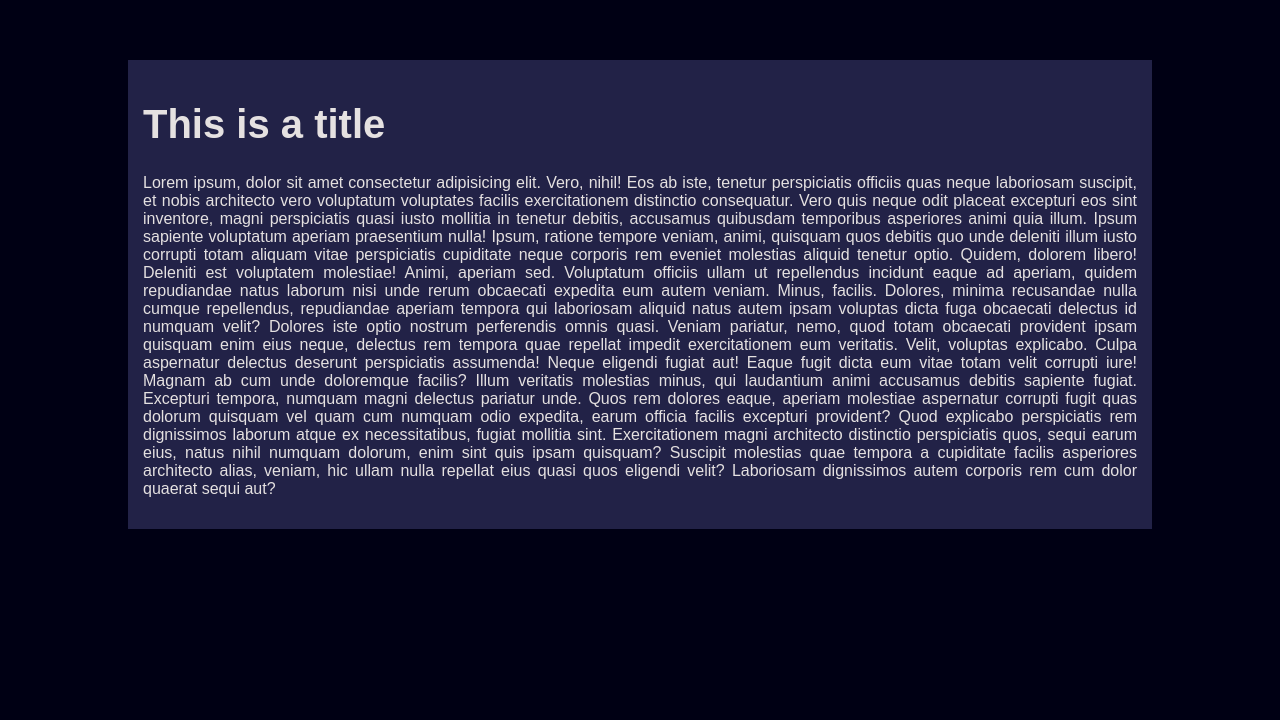
Repository: Francois-QUICODE/CSS-Micro-Projects
Page: Projects/01-Infinite-Gradient-Text.html
These files come from the project's save history. The page is drawn as it stood at one moment and after the next save; the edit follows.
The browser window is 1280 px wide. The pictures show the whole page.
Some web fonts or font styles are not loaded; a fallback is used.

Above is the page before, as saved 2020-11-28 10:14:09.

### Projects/01-Infinite-Gradient-Text.html
<!DOCTYPE html>
<html lang="en">
  <head>
    <meta charset="UTF-8" />
    <title>Infinite Gradiant text</title>
  </head>
  <body>
    <div class="container">
      <div class="text-background"></div>
      <div class="text">
        <h1>This is a title</h1>
        <p class="lorem">
          Lorem ipsum, dolor sit amet consectetur adipisicing elit. Vero, nihil!
          Eos ab iste, tenetur perspiciatis officiis quas neque laboriosam
          suscipit, et nobis architecto vero voluptatum voluptates facilis
          exercitationem distinctio consequatur. Vero quis neque odit placeat
          excepturi eos sint inventore, magni perspiciatis quasi iusto mollitia
          in tenetur debitis, accusamus quibusdam temporibus asperiores animi
          quia illum. Ipsum sapiente voluptatum aperiam praesentium nulla!
          Ipsum, ratione tempore veniam, animi, quisquam quos debitis quo unde
          deleniti illum iusto corrupti totam aliquam vitae perspiciatis
          cupiditate neque corporis rem eveniet molestias aliquid tenetur optio.
          Quidem, dolorem libero! Deleniti est voluptatem molestiae! Animi,
          aperiam sed. Voluptatum officiis ullam ut repellendus incidunt eaque
          ad aperiam, quidem repudiandae natus laborum nisi unde rerum obcaecati
          expedita eum autem veniam. Minus, facilis. Dolores, minima recusandae
          nulla cumque repellendus, repudiandae aperiam tempora qui laboriosam
          aliquid natus autem ipsam voluptas dicta fuga obcaecati delectus id
          numquam velit? Dolores iste optio nostrum perferendis omnis quasi.
          Veniam pariatur, nemo, quod totam obcaecati provident ipsam quisquam
          enim eius neque, delectus rem tempora quae repellat impedit
          exercitationem eum veritatis. Velit, voluptas explicabo. Culpa
          aspernatur delectus deserunt perspiciatis assumenda! Neque eligendi
          fugiat aut! Eaque fugit dicta eum vitae totam velit corrupti iure!
          Magnam ab cum unde doloremque facilis? Illum veritatis molestias
          minus, qui laudantium animi accusamus debitis sapiente fugiat.
          Excepturi tempora, numquam magni delectus pariatur unde. Quos rem
          dolores eaque, aperiam molestiae aspernatur corrupti fugit quas
          dolorum quisquam vel quam cum numquam odio expedita, earum officia
          facilis excepturi provident? Quod explicabo perspiciatis rem
          dignissimos laborum atque ex necessitatibus, fugiat mollitia sint.
          Exercitationem magni architecto distinctio perspiciatis quos, sequi
          earum eius, natus nihil numquam dolorum, enim sint quis ipsam
          quisquam? Suscipit molestias quae tempora a cupiditate facilis
          asperiores architecto alias, veniam, hic ullam nulla repellat eius
          quasi quos eligendi velit? Laboriosam dignissimos autem corporis rem
          cum dolor quaerat sequi aut?
        </p>
      </div>
    </div>
  </body>

  <style>
    @import url("https://fonts.googleapis.com/css2?family=Alatsi&display=swap");

    body {
      background-color: #000014;
      width: 1024px;
      margin: auto;
      color: #e5e1e1;
      padding-top: 60px;
      font-family: "Alatsi", sans-serif;
    }

    .container {
      background-color: #222247;
      padding: 15px;
    }

    h1 {
      font-size: 40px;
    }

    .lorem {
      text-align: justify;
    }

    .text-background {
      position: fixed;
    }
  </style>
</html>

After the next save:
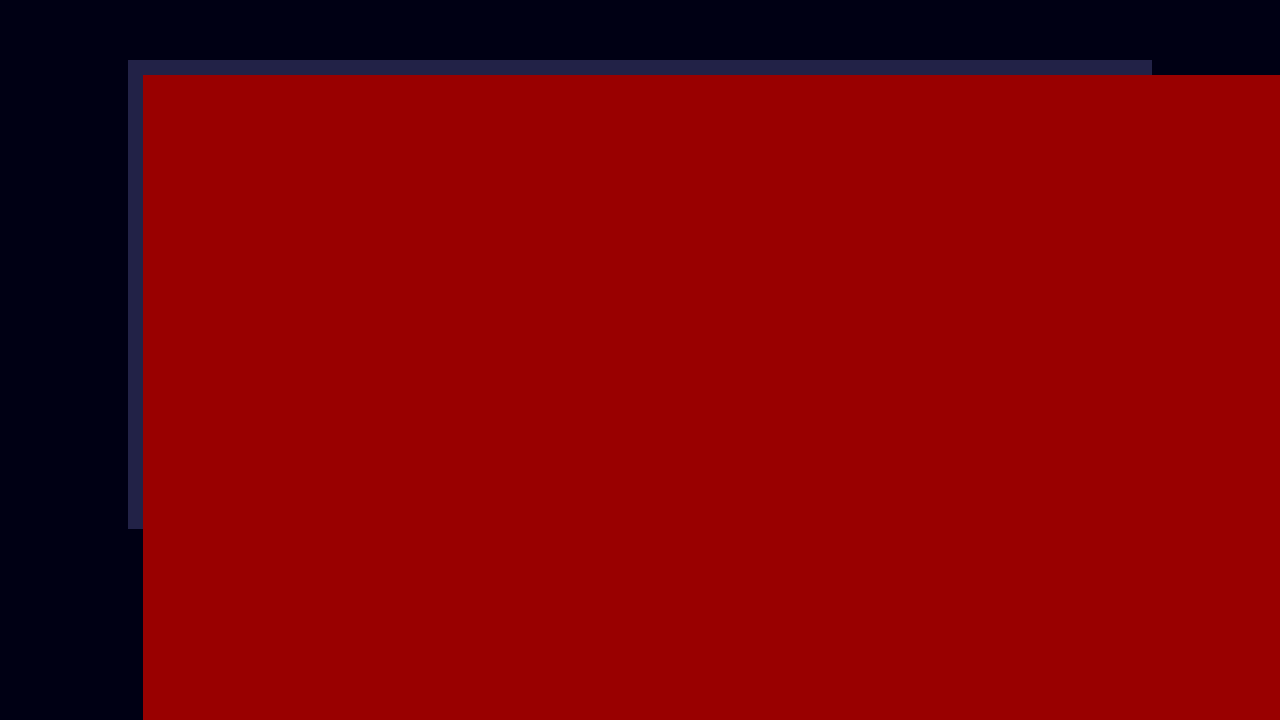
Saved 52 s later.
--- a/Projects/01-Infinite-Gradient-Text.html
+++ b/Projects/01-Infinite-Gradient-Text.html
@@ -77,6 +77,9 @@
 
     .text-background {
       position: fixed;
+      background-color: #900;
+      width: 100%;
+      height: 100%;
     }
   </style>
 </html>
